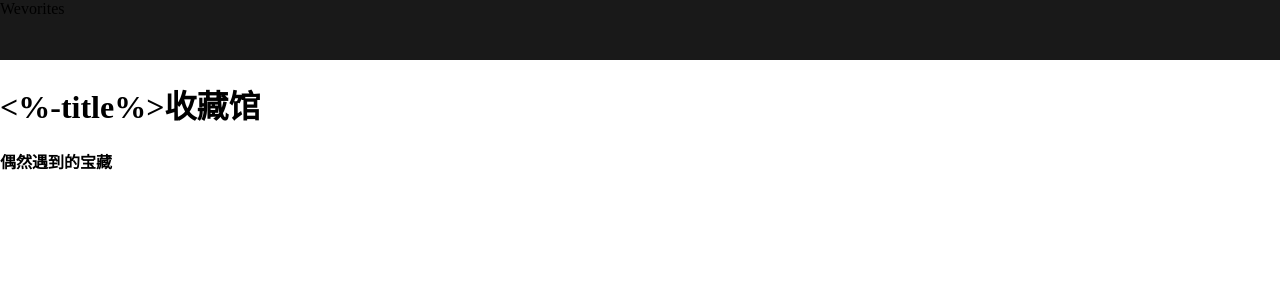
Repository: superhos/wevorites
Page: app/view/show.html
The author's editor kept a copy of each file at every save. The page is drawn from the files as they stood at one save, then again after the next save.
The browser window is 1280 px wide. The pictures show the whole page.

Above is the page before, as saved 2019-01-03 16:04:57.

After the next save:
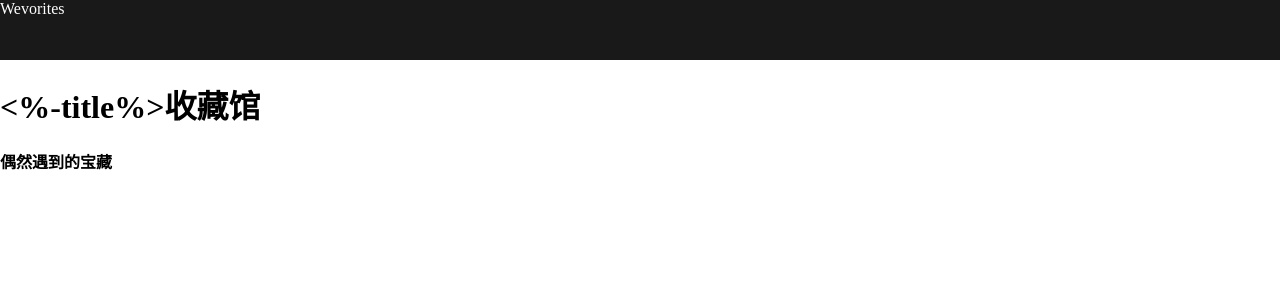
Saved 20 s later.
--- a/app/public/css/style.css
+++ b/app/public/css/style.css
@@ -9,3 +9,8 @@
   width: 100%;
   z-index: 5;
 }
+
+header .logo {
+  float:left;
+  color: #FFF;
+}
